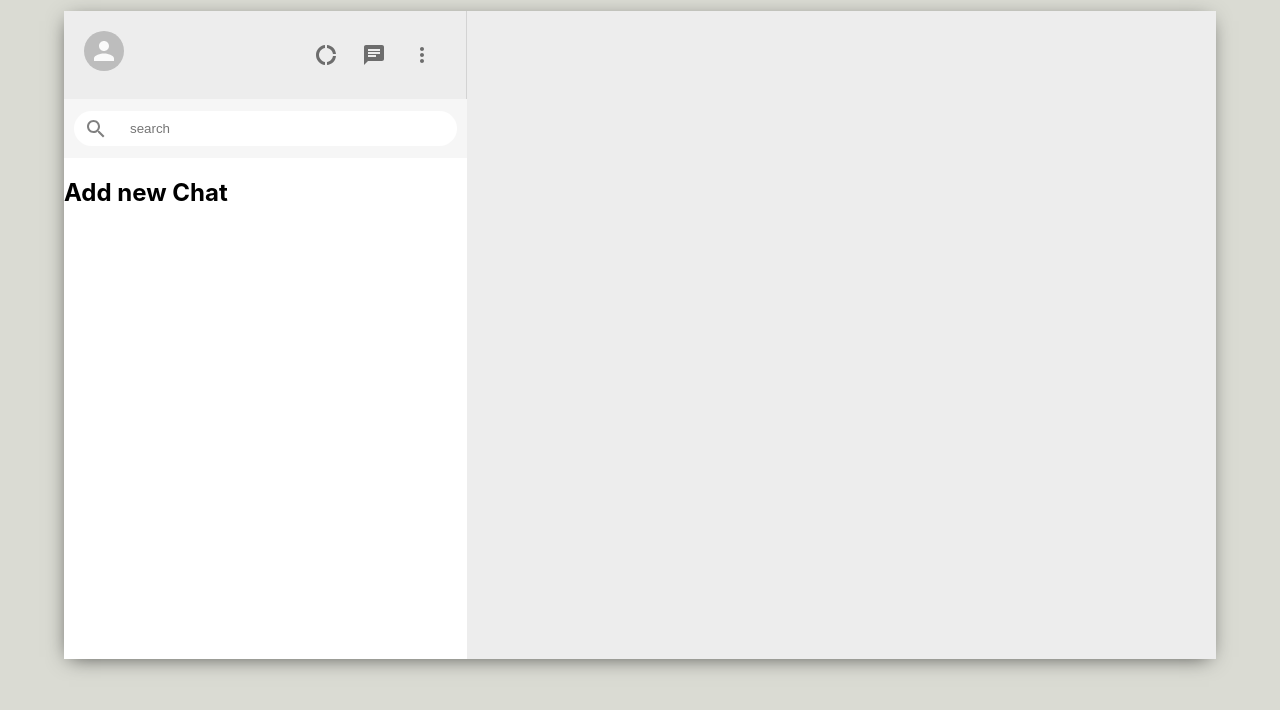
Repository: om1ars/functinal-chat
Page: /
These files come from the project's save history. The page is drawn as it stood at one moment and after a run of saves; the edit follows.
The browser window is 1280 px wide. The pictures show the whole page.
The project was rebuilt for these pictures with package versions that can differ from the ones it lists, and the page was loaded fresh each time.

Above is the page before, as saved 2021-11-22 14:12:12.

### src/App.js
import "./App.css";
import Sidebar from "./components/Sidebar";

function App() {
  return (
    <div className="app">
      <div className="app__body">
        <Sidebar />
      </div>
    </div>
  );
}

export default App;

### src/App.css
.app {
  background-color: #dadbd3;
  height: 100vh;
  display: grid;
  place-items: center;
}
.app__body {
  display: flex;
  width: 90vw;
  background-color: #ededed;
  margin-top: -50px;
  box-shadow: -1px 4px 20px -6px rgba(0, 0, 0, 0.7);
  height: 90vh;
}

### src/components/Sidebar.js
import React from "react";
import "./Sisdebar.css";
import { Avatar, IconButton } from "@material-ui/core";
import { DonutLarge, Chat, MoreVert, SearchOutlined } from "@material-ui/icons";
import SidebarChat from "./SidebarChat";
function Sidebar() {
  return (
    <div className="sidebar">
      <div className="sidebar__header">
        <Avatar />
        <div className="sidebar__headerRight">
          <IconButton>
            <DonutLarge />
          </IconButton>
          <IconButton>
            <Chat />
          </IconButton>
          <IconButton>
            <MoreVert />
          </IconButton>
        </div>
      </div>
      <div className="sidebar__search">
        <div className="sidebar__searchContainer">
          <SearchOutlined />
          <input placeholder="search" type="text" />
        </div>
      </div>
      <div className="sidebar__chats">
        <SidebarChat addNewChat />
      </div>
    </div>
  );
}

export default Sidebar;

### src/components/Sisdebar.css
.sidebar__header {
  display: flex;
  justify-content: space-between;
  padding: 20px;
  border-right: 1px solid lightgray;
}
.sidebar {
  flex: 0.35;
  display: flex;
  flex-direction: column;
}
.sidebar__headerRight {
  display: flex;
  align-items: center;
  justify-content: space-between;
  min-width: 10vw;
}

.sidebar__headerRight > .MuiSvgIcon-root {
  margin-right: 2vw;
  font-size: 24px !important;
}
.sidebar__search {
  display: flex;
  align-items: center;
  background-color: #f6f6f6;
  height: 39px;
  padding: 10px;
}
.sidebar__searchContainer {
  display: flex;
  align-items: center;
  background-color: white;
  width: 100%;
  height: 35px;
  border-radius: 25px;
}
.sidebar__searchContainer > input {
  border: none;
  margin-left: 10px;
  outline: none;
}
.sidebar__searchContainer > .MuiSvgIcon-root {
  color: gray;
  padding: 10px;
}

.sidebar__chats {
  flex: 1;
  background-color: white;
  overflow: scroll;
}

### src/components/SidebarChat.js
import { Avatar } from "@material-ui/core";
import React, { useEffect, useState } from "react";
import "./SidebarChat.css";

export default function SidebarChat({ addNewChat }) {
  const [seed, setSeed] = useState("");

  useEffect(() => {
    setSeed(Math.floor(Math.random() * 5000));
  }, []);
  return !addNewChat ? (
    <div className="sidebarChat">
      <Avatar src={`https://avatars.dicebear.com/api/human/${seed}.svg`} />
      <div className="sidebarChat__info">
        <h2>Room name</h2>
        <p>Last message...</p>
      </div>
    </div>
  ) : (
    <div>
      <h2>Add new Chat</h2>
    </div>
  );
}

### src/components/SidebarChat.css
.sidebarChat {
  display: flex;
  padding: 20px;
  cursor: pointer;
  border-bottom: 1px solid #f6f6f6;
  align-items: center;
}
.sidebarChat:hover {
  background-color: #ebebeb;
}
.sidebarChat__info > h2 {
  font-size: 16px;
  margin-bottom: 8px;
}
.sidebarChat__info {
  margin-left: 15px;
}

Loaded but not shown: public/index.html (common file); src/index.js (common file); src/index.css (common file)

After the next 4 saves:
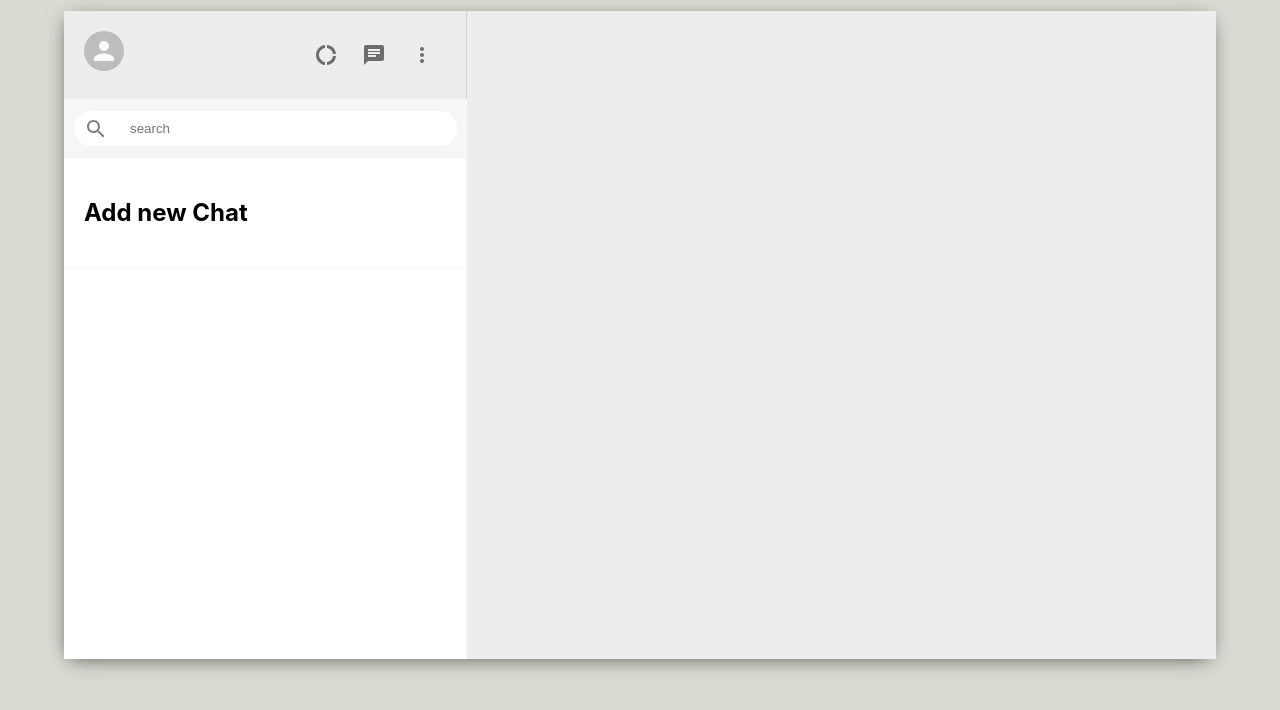
The 4 saves are shown as one change because 3 did not build or start.
The last was saved 32 s later.
--- a/src/components/SidebarChat.js
+++ b/src/components/SidebarChat.js
@@ -4,6 +4,7 @@ import "./SidebarChat.css";
 
 export default function SidebarChat({ addNewChat }) {
   const [seed, setSeed] = useState("");
+  const createChat = () => {}
 
   useEffect(() => {
     setSeed(Math.floor(Math.random() * 5000));
@@ -17,7 +18,7 @@ export default function SidebarChat({ addNewChat }) {
       </div>
     </div>
   ) : (
-    <div>
+    <div onClick={createChat } className='sidebarChat'>
       <h2>Add new Chat</h2>
     </div>
   );
